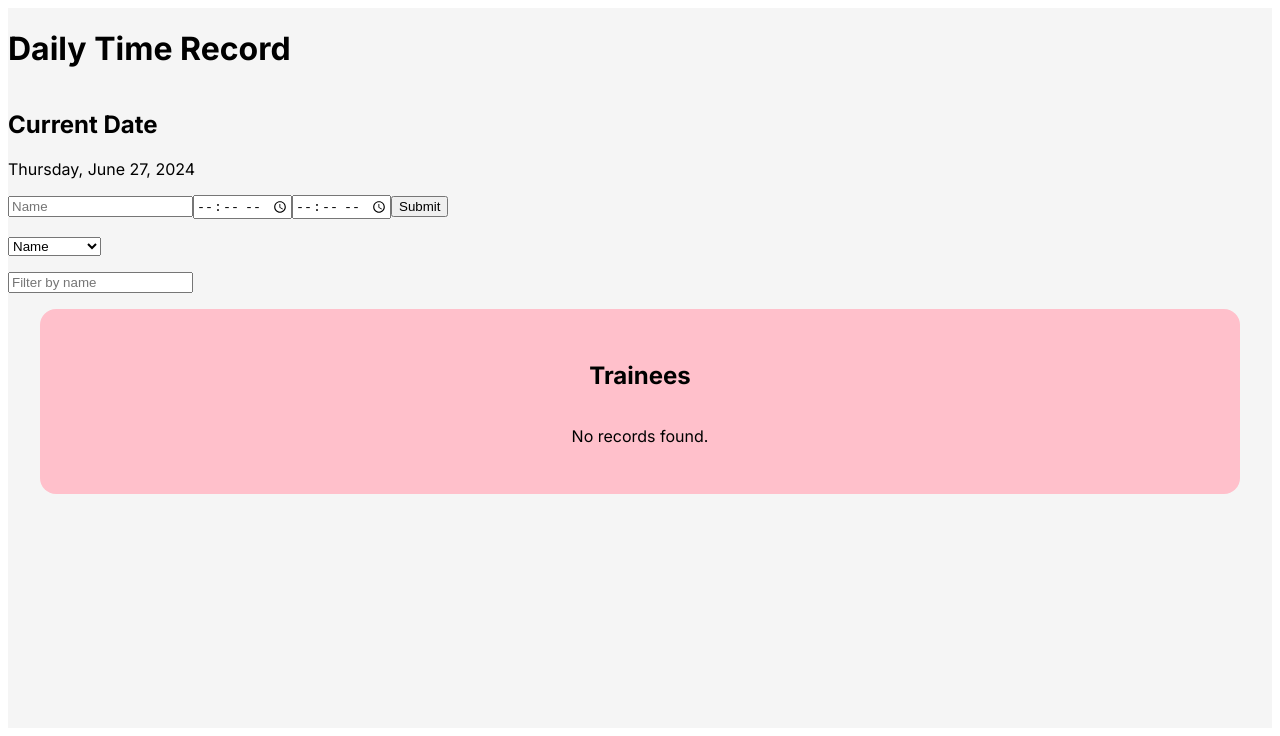
Repository: EeeeeEyyyy/daily_time_record
Page: /
The author's editor kept a copy of each file at every save. The page is drawn from the files as they stood at one save, then again after the next save.
The browser window is 1280 px wide. The pictures show the whole page.
The project was rebuilt for these pictures with package versions that can differ from the ones it lists, and the page was loaded fresh each time. The framework's server and built-in components were replaced by stand-ins that run in the browser. Also part of the build but not shown: next.config.mjs, src/app/globals.css.

Above is the page before, as saved 2024-06-27 15:16:45.

After the next save:
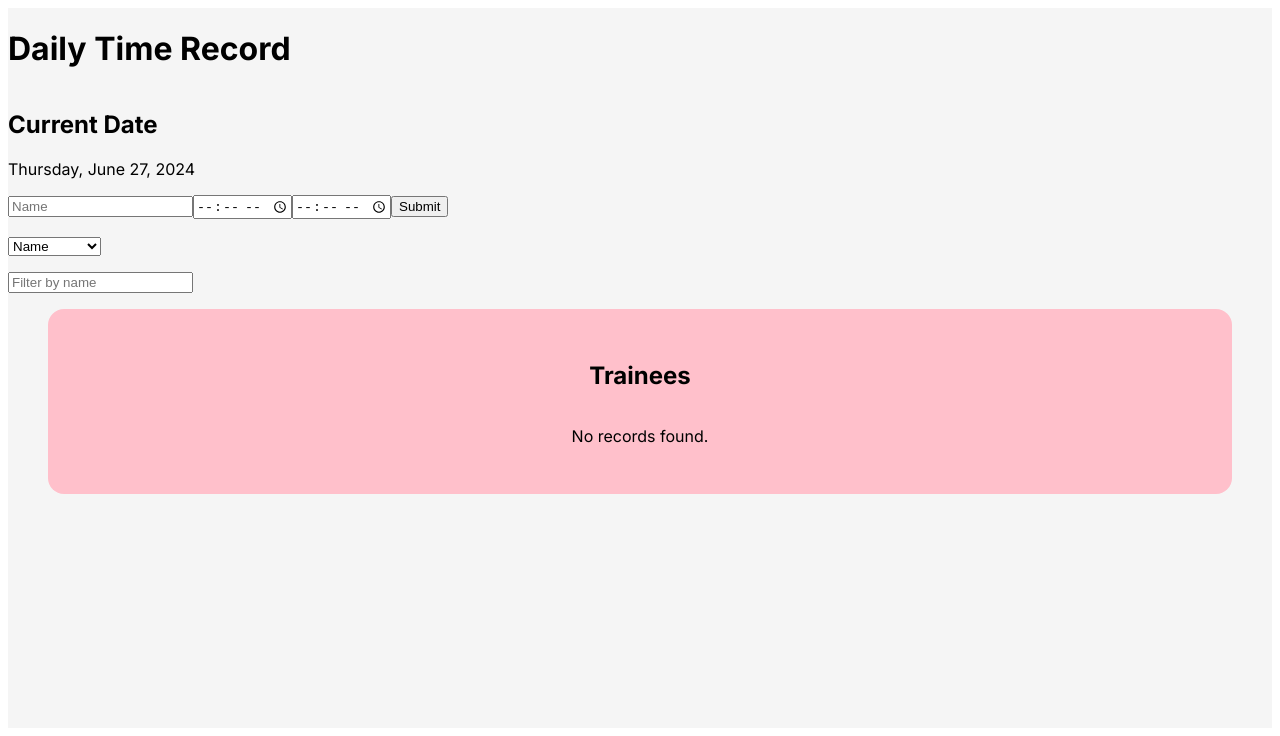
Saved 9 s later.
--- a/src/app/page.module.css
+++ b/src/app/page.module.css
@@ -8,7 +8,7 @@
 border-radius:1rem;
 background:pink;
 padding:2rem;
-margin:2rem;
+margin:2.5rem;
 display:flex ;
 flex-direction:column;
 align-items: center;
